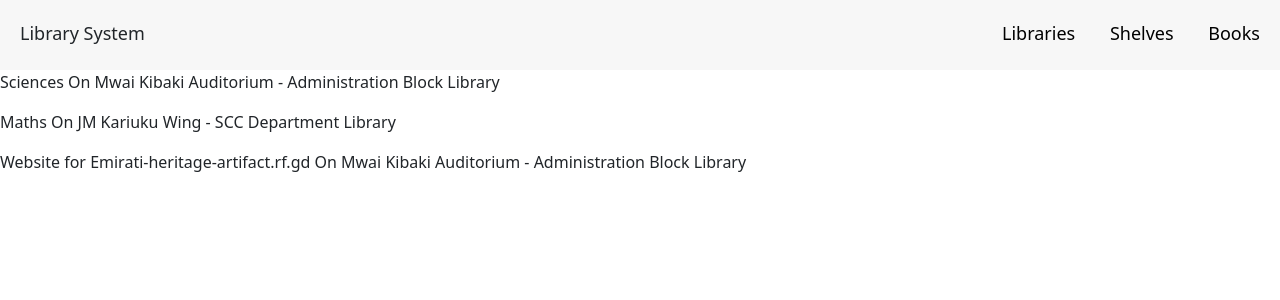
Repository: Mbote-Joseph/Library-Shelves-Books-Managements
Page: http://localhost/shelf
The author's editor kept a copy of each file at every save. The page is drawn from the files as they stood at one save, then again after the next save.
The browser window is 1280 px wide. The pictures show the whole page.
The page is served by the project's application, run on Django 5.2 (manage.py). The page reads the database file committed with the project.

Above is the page before, as saved 2025-12-30 19:32:12.

After the next save:
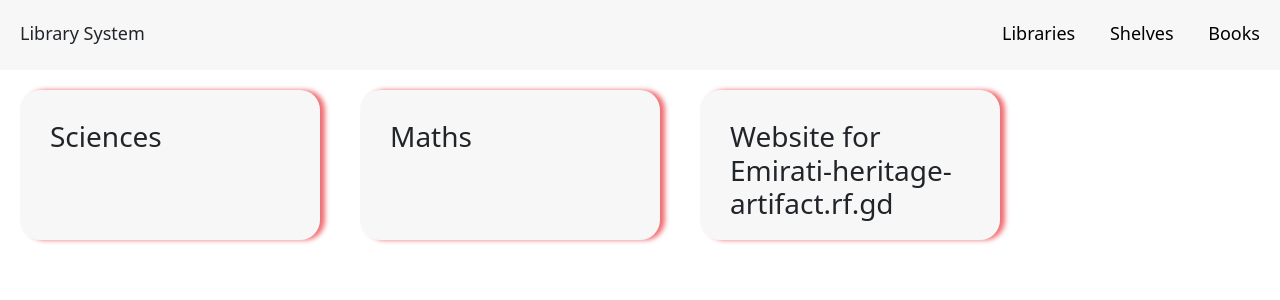
Saved 11 s later.
--- a/books/templates/books/shelf_view.html
+++ b/books/templates/books/shelf_view.html
@@ -6,7 +6,11 @@
 
 
 {% block content %}
+    <div class="cards">
     {% for shelf in shelves %}
-        <p> {{shelf}} </p>
+        <div class="shelf">
+            <h3> {{shelf.label}} </h3>
+        </div>
     {% endfor %}
+    </div>
 {% endblock %}
